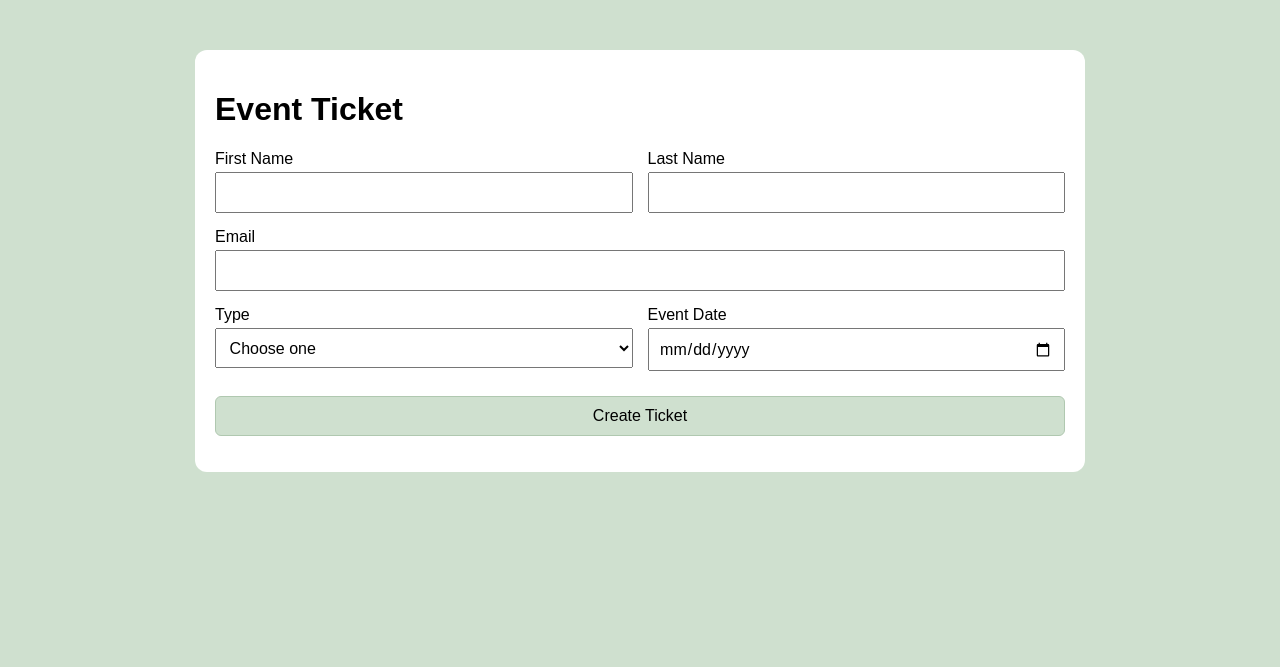
Repository: auqs/wdd131
Page: eventform/index.html
An editor plug-in stored every save of this project. The page is shown before and after the next save, followed by the edit.
The browser window is 1280 px wide. The pictures show the whole page.

Above is the page before, as saved 2026-06-06 23:29:49.
Not found: eventform/script.js

### eventform/index.html
<!DOCTYPE html>
<html lang="en">
<head>
  <meta charset="UTF-8" />
  <meta name="viewport" content="width=device-width, initial-scale=1.0" />
  <title>Event Ticket</title>
  <link rel="stylesheet" href="styles.css" />
  <script src="script.js" defer></script>
</head>
<body>
  <main class="wrapper">
    <h1>Event Ticket</h1>

    <form id="ticketForm">
      <div class="field">
        <label for="firstName">First Name</label>
        <input id="firstName" name="firstName" type="text" required />
      </div>

      <div class="field">
        <label for="lastName">Last Name</label>
        <input id="lastName" name="lastName" type="text" required />
      </div>

      <div class="field full">
        <label for="email">Email</label>
        <input id="email" name="email" type="email" required />
      </div>

      <div class="field">
        <label for="type">Type</label>
        <select id="type" name="type" required>
          <option value="">Choose one</option>
          <option value="student">Student</option>
          <option value="guest">Guest</option>
        </select>
      </div>

      <div class="field">
        <label for="eventDate">Event Date</label>
        <input id="eventDate" name="eventDate" type="date" required />
      </div>

      <button class="full" type="submit">Create Ticket</button>
    </form>

    <section id="output" aria-live="polite"></section>
  </main>
</body>
</html>

### eventform/styles.css
body {
  font-family: Arial, sans-serif;
  background: #cfe0cf;
  margin: 0;
}

.wrapper {
  max-width: 850px;
  margin: 50px auto;
  padding: 20px;
  background: white;
  border-radius: 12px;
}

form {
  display: grid;
  grid-template-columns: 1fr 1fr;
  gap: 15px;
}

.field {
  display: flex;
  flex-direction: column;
  gap: 0.25rem;
}

.full {
  grid-column: 1 / 3;
}

input,
select,
button {
  padding: 0.6rem;
  font: inherit;
}

button {
  background: #cfe0cf;
  border: 1px solid #b0c8b0;
  border-radius: 6px;
  cursor: pointer;
  margin-top: 10px;
  transition: background 0.3s ease;
}

button:hover {
  background: #dcead9;
}

#output {
  margin-top: 1rem;
  font-weight: bold;
}

After the next save:
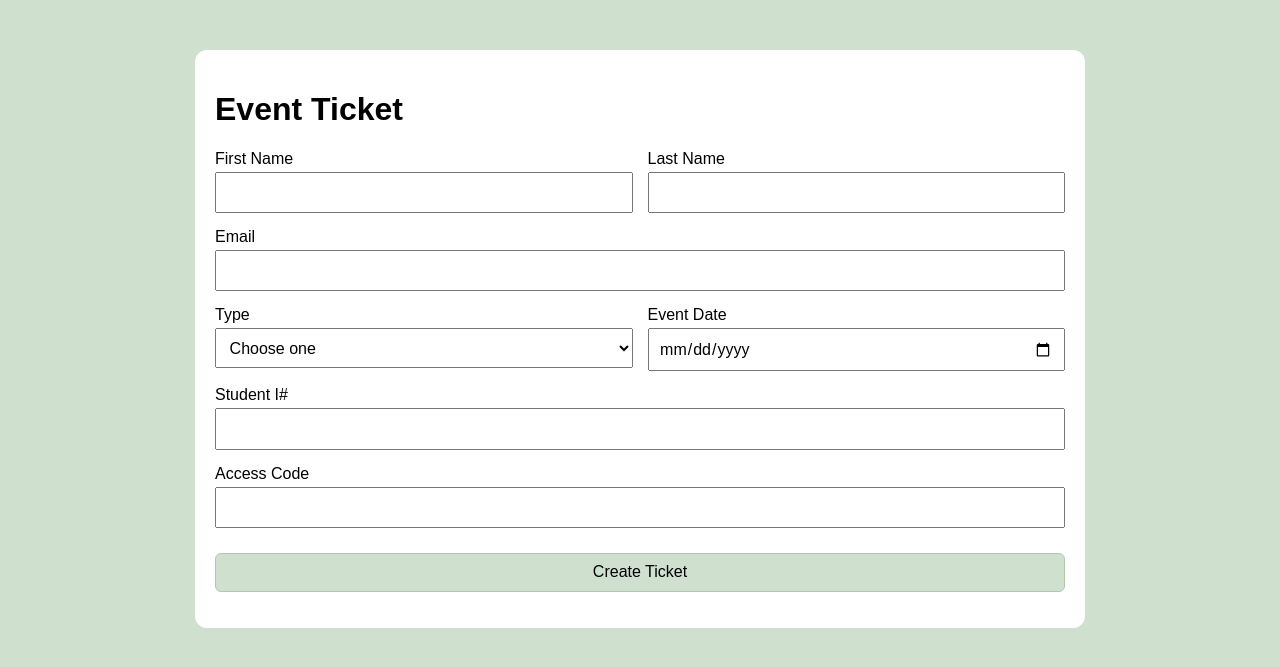
Saved 5 min 51 s later.
--- a/eventform/index.html
+++ b/eventform/index.html
@@ -41,6 +41,16 @@
         <input id="eventDate" name="eventDate" type="date" required />
       </div>
 
+      <div class="field full" id="studentIdField" hidden>
+        <label for="studentId">Student I#</label>
+        <input id="studentId" name="studentId" type="text" maxlength="9" />
+      </div>
+
+      <div class="field full" id="accessCodeField" hidden>
+        <label for="accessCode">Access Code</label>
+        <input id="accessCode" name="accessCode" type="text" />
+      </div>
+
       <button class="full" type="submit">Create Ticket</button>
     </form>
 
